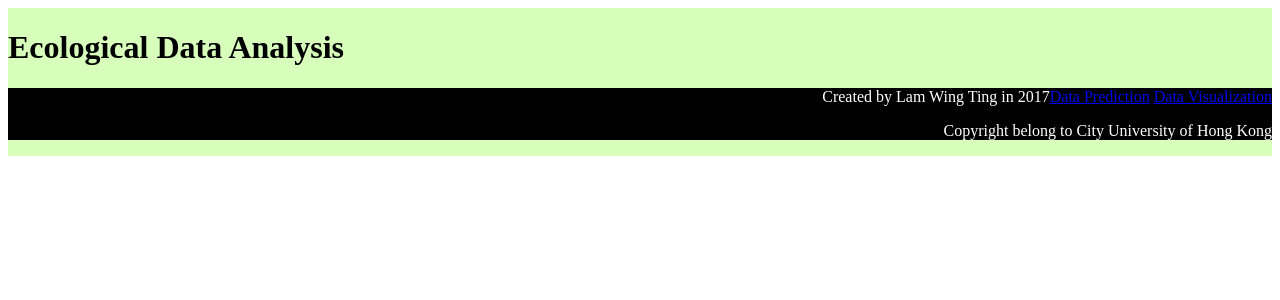
Repository: JenniferLam/FYP
Page: http://localhost/FYP_webapp/prediction/dataPred.html
An editor plug-in stored every save of this project. The page is shown before and after a run of saves, followed by the edit.
The browser window is 1280 px wide. The pictures show the whole page.
The page is served by Tomcat 9.

Above is the page before, as saved 2018-01-28 21:36:42.

After the next 2 saves:
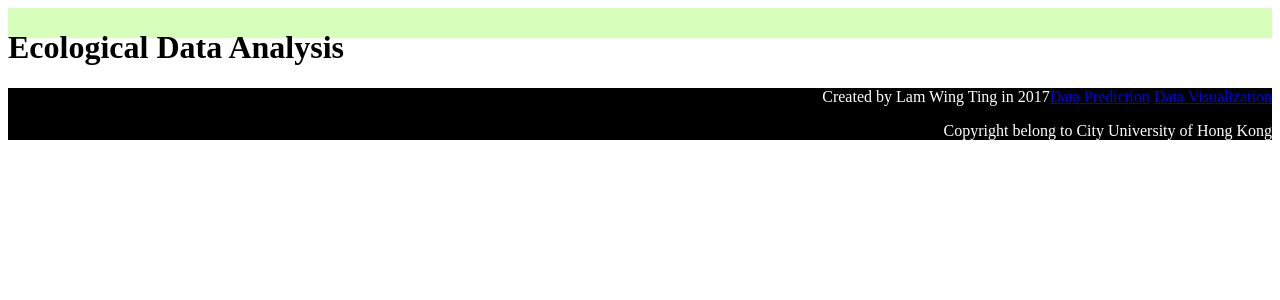
The 2 saves are shown as one change because they came seconds apart.
The last was saved 20 s later.
--- a/WebAppDev/FYP_webapp/WebContent/common.css
+++ b/WebAppDev/FYP_webapp/WebContent/common.css
@@ -2,6 +2,7 @@
 	background-color:rgb(215, 255, 187);
 	float:left;
 	width:100%;
+	height:30px;
 	display:inline-block;
 }
 #shortcut{
